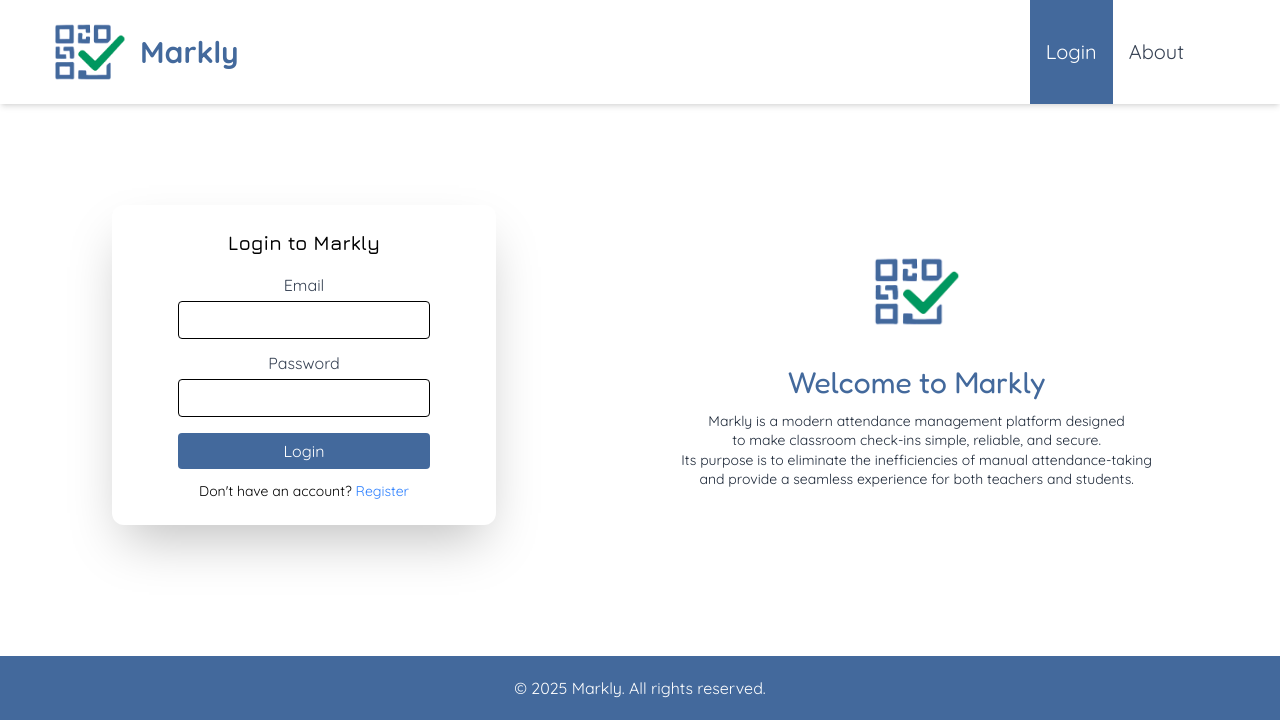
Repository: Mozukie/Markly
Page: /login
The author's editor kept a copy of each file at every save. The page is drawn from the files as they stood at one save, then again after the next save.
The browser window is 1280 px wide. The pictures show the whole page.
Some web fonts or font styles are not loaded; a fallback is used. The project was rebuilt for these pictures with package versions that can differ from the ones it lists, and the page was loaded fresh each time. Also part of the build but not shown: vite.config.js, src/pages/NotFound.jsx, src/pages/Home.jsx, src/components/About.jsx, src/pages/Students/studentdashboard.jsx.

Above is the page before, as saved 2025-08-23 22:21:56.

### index.html
<!doctype html>
<html lang="en">
  <head>
    <meta charset="UTF-8" />
    <link rel="icon" type="image/png" href="/icon.png" />
    <meta name="viewport" content="width=device-width, initial-scale=1.0" />
    <style>
    @import url('https://fonts.googleapis.com/css2?family=Fredoka:wght@300..700&family=Gruppo&family=Hepta+Slab:wght@1..900&family=Jura:wght@300..700&family=Poiret+One&family=Quicksand:wght@300..700&display=swap');
    </style>
    <title>Markly</title>
  </head>
  <body>
    <div id="root"></div>
    <script type="module" src="/src/main.jsx"></script>
  </body>
</html>

### src/App.jsx
import './App.css'
import { BrowserRouter as Router, Routes, Route, useLocation } from 'react-router-dom'
import React from 'react'
// eslint-disable-next-line no-unused-vars
import { AnimatePresence, motion } from 'framer-motion'
import NotFound from './pages/NotFound.jsx'
import Home from './pages/Home.jsx'
import Login from './pages/Login.jsx'
import About from './components/About.jsx'
import StudentDashboard from './pages/Students/studentdashboard.jsx'

function AnimatedRoutes() {
  const location = useLocation();
  return (
    <AnimatePresence mode="wait">
      <motion.div
        key={location.pathname}
        initial={{ opacity: 0, y: 20 }}
        animate={{ opacity: 1, y: 0 }}
        exit={{ opacity: 0, y: -20 }}
        transition={{ duration: 0.4 }}
      >
        <Routes location={location}>
          <Route path="/" element={<Home/>} />
          <Route path="*" element={<NotFound/>} />
          <Route path="/login" element={<Login/>} />
          <Route path="/about" element={<About/>} />
          <Route path="/studentdashboard" element={<StudentDashboard/>} />
        </Routes>
      </motion.div>
    </AnimatePresence>
  );
}

function App() {
  return(
    <div>
      <Router>
        <AnimatedRoutes />
      </Router>
    </div>
  )
}

export default App

### src/App.css
@import "tailwindcss";

body, html {
  font-family: "Quicksand", sans-serif;
}

.poiret-one-regular {
  font-family: "Poiret One", sans-serif;
  font-weight: 400;
  font-style: normal;
}
.quicksand {
  font-family: "Quicksand", sans-serif;
  font-weight: 400;
  font-style: normal;
}
.quicksand-bold {
  font-family: "Quicksand", sans-serif;
  font-weight: 700;
  font-style: normal;
}
.fredoka {
  font-family: "Fredoka", sans-serif;
  font-weight: 400;
  font-style: normal;
}
.fredoka-bold {
  font-family: "Fredoka", sans-serif;
  font-weight: 700;
  font-style: normal;
}
.gruppo {
  font-family: "Gruppo", cursive;
  font-weight: 400;
  font-style: normal;
}
.hepta-slab {
  font-family: "Hepta Slab", serif;
  font-weight: 400;
  font-style: normal;
}
.hepta-slab-bold {
  font-family: "Hepta Slab", serif;
  font-weight: 900;
  font-style: normal;
}


.jura-regular {
  font-family: "Jura", sans-serif;
  font-optical-sizing: auto;
  font-weight: 400;
  font-style: normal;
}

.jura-medium {
  font-family: "Jura", sans-serif;
  font-optical-sizing: auto;
  font-weight: 500;
  font-style: normal;
}

.jura-semi-bold {
  font-family: "Jura", sans-serif;
  font-optical-sizing: auto;
  font-weight: 600;
  font-style: normal;
}

/* Fredoka for main titles */
h1, .title {
  font-family: "Fredoka", sans-serif;
}

/* Jura Medium for semi-titles, Login, Register, and subtitles */
.subtitle, .semi-title, .jura-semi-bold
.login-title, .register-title,
h2, h3, h4, h5, h6 {
  font-family: "Jura", sans-serif;
  font-weight: 600;
  font-style: normal;
}

### src/pages/Login.jsx
import React, { useState } from "react";
import Header from "../components/Header.jsx";
import Footer from "../components/Footer.jsx";

export default function Login() {
  const [showRegister, setShowRegister] = useState(false);

  return (
    <>
      <Header isLoggedIn={false} />
      <div className=" flex items-center justify-between px-4">
        {/* Login Panel */}
        <div
          className="bg-white p-6 rounded-xl shadow-2xl max-w-sm w-full ml-24 flex flex-col items-center z-20"
          style={{ minWidth: '300px' }}
        >
          <h2 className="text-xl font-bold mb-4 text-center">Login to Markly</h2>
          <form className="w-full flex flex-col items-center">
            <div className="mb-3 w-3/4">
              <label className="block text-gray-700 mb-1 text-center" htmlFor="email">Email</label>
              <input type="email" id="email" className="w-full px-2 py-1.5 border rounded text-center" required />
            </div>
            <div className="mb-4 w-3/4">
              <label className="block text-gray-700 mb-1 text-center" htmlFor="password">Password</label>
              <input type="password" id="password" className="w-full px-2 py-1.5 border rounded text-center" required />
            </div>
            <button type="submit" className="w-3/4 bg-[#43699c] text-white py-1.5 rounded hover:bg-[#365f8a] transition-colors">Login</button>
          </form>
          <p className="mt-3 text-center text-sm">
            Don't have an account?{' '}
            <button
              type="button"
              className="text-blue-500 hover:underline focus:outline-none"
              onClick={() => setShowRegister(true)}
            >
              Register
            </button>
          </p>
        </div>

        {/* Register Panel */}
        <div
          className={`bg-white p-6 rounded-xl shadow-2xl max-w-md w-full mt-10 mr-24 flex flex-col items-center transition-all duration-500 z-30 ${showRegister ? 'opacity-100 translate-x-0' : 'opacity-0 translate-x-8 pointer-events-none'}`}
          style={{ minWidth: '420px', borderTopLeftRadius: '0.75rem', borderBottomLeftRadius: '0.75rem' }}
        >
          <h2 className="text-xl font-bold mb-4 text-center">Register</h2>
          <form className="w-full flex flex-col items-center">
            <div className="mb-3 w-3/4 flex gap-3">
              <div className="w-1/2">
                <label className="block text-gray-700 mb-1 text-center" htmlFor="reg-firstname">First Name</label>
                <input type="text" id="reg-firstname" className="w-full px-2 py-1.5 border rounded text-center" required />
              </div>
              <div className="w-1/2">
                <label className="block text-gray-700 mb-1 text-center" htmlFor="reg-lastname">Last Name</label>
                <input type="text" id="reg-lastname" className="w-full px-2 py-1.5 border rounded text-center" required />
              </div>
            </div>
            <div className="mb-3 w-3/4">
              <label className="block text-gray-700 mb-1 text-center" htmlFor="reg-email">Email</label>
              <input type="email" id="reg-email" className="w-full px-2 py-1.5 border rounded text-center" required />
            </div>
            <div className="mb-3 w-3/4">
              <label className="block text-gray-700 mb-1 text-center" htmlFor="reg-password">Password</label>
              <input type="password" id="reg-password" className="w-full px-2 py-1.5 border rounded text-center" required />
            </div>
            <div className="mb-3 w-3/4">
              <label className="block text-gray-700 mb-1 text-center" htmlFor="confirm-password">Confirm Password</label>
              <input type="password" id="confirm-password" className="w-full px-2 py-1.5 border rounded text-center" required />
            </div>
            <div className="text-sm">
              <input type="checkbox" id="teacher-checkbox" className="mt-3" />
              <label htmlFor="consent" className="text-gray-600 ml-1"> I consent to my data being used for registration purposes.</label>
            </div>
            <button type="submit" className="w-3/4 mt-3 bg-[#43699c] text-white py-1.5 rounded hover:bg-[#365f8a] transition-colors">Register</button>
          </form>
          <button
            type="button"
            className="absolute top-3 right-3 text-gray-500 hover:text-gray-800 text-3xl"
            onClick={() => setShowRegister(false)}
          >
            &times;
          </button>
        </div>
      </div>

      {/* Welcome Section */}
      <div className="fixed right-0 top-1/2 transform -translate-y-1/2 mr-32 flex flex-col items-center">
        <img src="/icon.png" height={120} width={120} className="mb-3" alt="Markly Icon" />
        <div className="text-3xl fredoka font-bold text-[#43699c] text-center">
          Welcome to Markly
        </div>
        <div className="text-center mt-3 text-gray-800 text-sm leading-snug">
          <p>Markly is a modern attendance management platform designed</p>
          <p>to make classroom check-ins simple, reliable, and secure.</p>
          <p>Its purpose is to eliminate the inefficiencies of manual attendance-taking</p>
          <p>and provide a seamless experience for both teachers and students.</p>
        </div>
      </div>
      <Footer />
    </>
  );
}

### src/components/Header.jsx
import { NavLink } from "react-router-dom";

export default function Header() {
  const isLoggedIn = false;
  const isTeacher = false;

  return (
    <header className="header top-0 left-0 right-0 bg-white-100 mr-2 flex justify-between items-center shadow-md h-26 w-full z-100">
      <img src="/icon.png" alt="Logo" className="h-25 w-25 ml-10" />
      {isLoggedIn ? (
        isTeacher ? (
          <div className="container mr-20 flex flex-col md:flex-row justify-between items-center text-[20px] h-full">
            <div className="logo font-bold text-[#43699c] text-[30px] mb-2 md:mb-0">Markly</div>
            <nav className="flex flex-col md:flex-row h-full items-center">
              <NavLink to="/teacherdashboard" className={({ isActive }) => `text-gray-700 px-4 h-full flex items-center  transition-colors duration-200 ${isActive ? "bg-[#43699c] text-white" : "hover:bg-[#43699c] hover:text-white"}`}>
                Dashboard
              </NavLink>
              <NavLink to="/teacherprofile" className={({ isActive }) => `text-gray-700 px-4 h-full flex items-center  transition-colors duration-200 ${isActive ? "bg-[#43699c] text-white" : "hover:bg-[#43699c] hover:text-white"}`}>
                Profile
              </NavLink>
              <NavLink to="/teacherclasses" className={({ isActive }) => `text-gray-700 px-4 h-full flex items-center  transition-colors duration-200 ${isActive ? "bg-[#43699c] text-white" : "hover:bg-[#43699c] hover:text-white"}`}>
                Classes
              </NavLink>
              <NavLink to="/teacherschedule" className={({ isActive }) => `text-gray-700 px-4 h-full flex items-center  transition-colors duration-200 ${isActive ? "bg-[#43699c] text-white" : "hover:bg-[#43699c] hover:text-white"}`}>
                Schedule
              </NavLink>
              <NavLink to="/teacherschedule" className={({ isActive }) => `text-gray-700 px-4 h-full flex items-center  transition-colors duration-200 ${isActive ? "bg-[#43699c] text-white" : "hover:bg-[#43699c] hover:text-white"}`}>
                Schedule
              </NavLink>
              <NavLink to="/logout" className="text-gray-700 px-4 h-full flex items-center  hover:bg-[#43699c] hover:text-white transition-colors duration-200">
                Logout
              </NavLink>
            </nav>
          </div>
        ) : (
          <div className="container mr-20 flex flex-col md:flex-row justify-between items-center text-[20px] h-full">
            <div className="logo font-bold text-[#43699c] text-[30px] mb-2 md:mb-0">Markly</div>
            <nav className="flex flex-col md:flex-row h-full items-center">
              <NavLink to="/studentdashboard" className={({ isActive }) => `text-gray-700 px-4 h-full flex items-center transition-colors duration-200 ${isActive ? "bg-[#43699c] text-white" : "hover:bg-[#43699c] hover:text-white"}`}>
                Dashboard
              </NavLink>
              <NavLink to="/studentprofile" className={({ isActive }) => `text-gray-700 px-4 h-full flex items-center transition-colors duration-200 ${isActive ? "bg-[#43699c] text-white" : "hover:bg-[#43699c] hover:text-white"}`}>
                Profile
              </NavLink>
              <NavLink to="/studentclasses" className={({ isActive }) => `text-gray-700 px-4 h-full flex items-center transition-colors duration-200 ${isActive ? "bg-[#43699c] text-white" : "hover:bg-[#43699c] hover:text-white"}`}>
                Classes
              </NavLink>
              <NavLink to="/logout" className="text-gray-700 px-4 h-full flex items-center  hover:bg-[#43699c] hover:text-white transition-colors duration-200">
                Logout
              </NavLink>
            </nav>
          </div>
        )
      ) : (
        <div className="container mr-20 flex flex-col md:flex-row justify-between items-center text-[20px] h-full">
          <div className="logo font-bold text-[#43699c] text-[30px] mb-2 md:mb-0">Markly</div>
          <nav className="flex flex-col md:flex-row h-full items-center">
            <NavLink to="/login" className={({ isActive }) => `text-gray-700 px-4 h-full flex items-center  transition-colors duration-200 ${isActive ? "bg-[#43699c] text-white" : "hover:bg-[#43699c] hover:text-white"}`}>
              Login
            </NavLink>
            <NavLink to="/about" className={({ isActive }) => `text-gray-700 px-4 h-full flex items-center  transition-colors duration-200 ${isActive ? "bg-[#43699c] text-white" : "hover:bg-[#43699c] hover:text-white"}`}>
              About
            </NavLink>
          </nav>
        </div>
      )}
    </header>
  );
}

### src/components/Footer.jsx
import React from "react";
import { NavLink } from "react-router-dom";


export default function(){
    return(
        <>
        <footer className="bg-[#43699c] text-white h-16 flex items-center justify-center fixed bottom-0 left-0 right-0 z-100">
             &copy; 2025 Markly. All rights reserved.
        </footer>
        </>
    )
}

Loaded but not shown: src/main.jsx (common file)

After the next save:
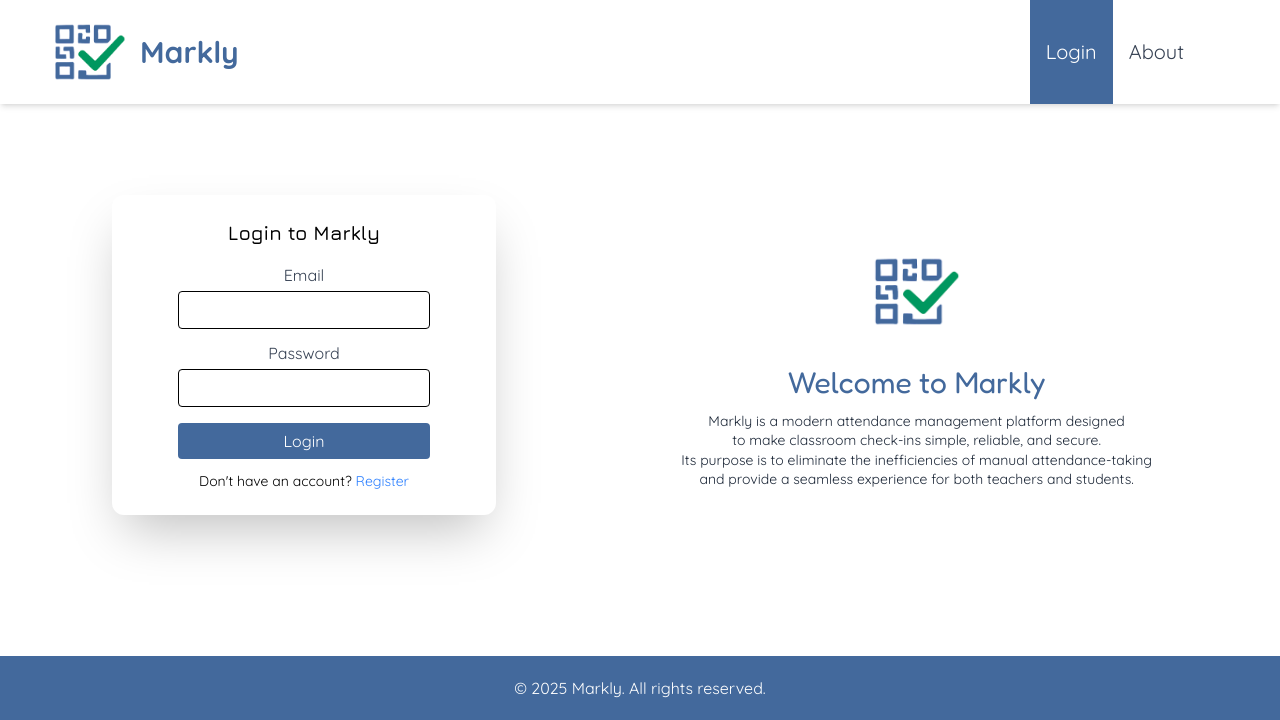
Saved 8 s later.
--- a/src/pages/Login.jsx
+++ b/src/pages/Login.jsx
@@ -40,7 +40,7 @@ export default function Login() {
 
         {/* Register Panel */}
         <div
-          className={`bg-white p-6 rounded-xl shadow-2xl max-w-md w-full mt-10 mr-24 flex flex-col items-center transition-all duration-500 z-30 ${showRegister ? 'opacity-100 translate-x-0' : 'opacity-0 translate-x-8 pointer-events-none'}`}
+          className={`bg-white p-6 rounded-xl shadow-2xl max-w-md w-full mt-5 mr-24 flex flex-col items-center transition-all duration-500 z-30 ${showRegister ? 'opacity-100 translate-x-0' : 'opacity-0 translate-x-8 pointer-events-none'}`}
           style={{ minWidth: '420px', borderTopLeftRadius: '0.75rem', borderBottomLeftRadius: '0.75rem' }}
         >
           <h2 className="text-xl font-bold mb-4 text-center">Register</h2>
